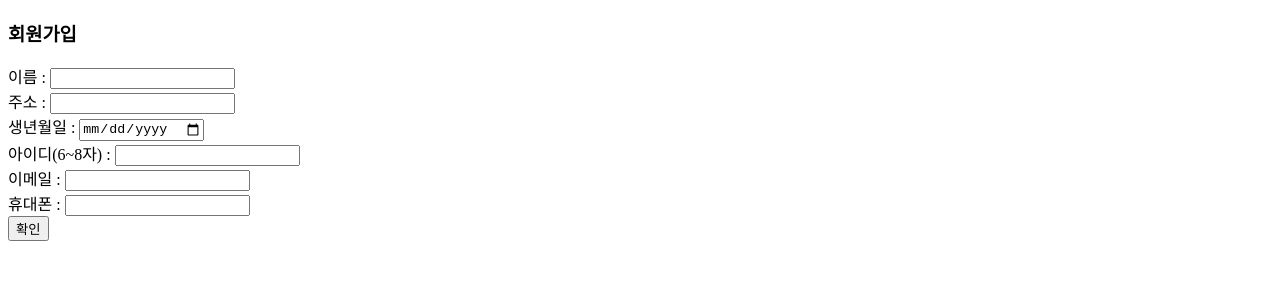
Repository: yujisu01/2021_504_java
Page: javascript_jquery/WebContent/ex_form.html
The author's editor kept a copy of each file at every save. The page is drawn from the files as they stood at one save, then again after the next save.
The browser window is 1280 px wide. The pictures show the whole page.

Above is the page before, as saved 2021-04-14 06:15:54.

After the next save:
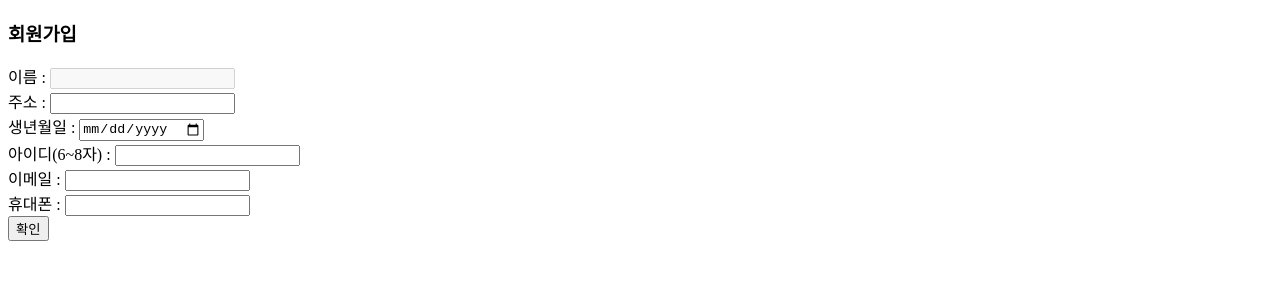
Saved 4 min 52 s later.
--- a/javascript_jquery/WebContent/ex_form.html
+++ b/javascript_jquery/WebContent/ex_form.html
@@ -34,7 +34,7 @@
 <body>
 	<h3>회원가입</h3>
 	<form action="ex07.html" name="register" onsubmit="return registerCheck();">
-		이름 : <input type="text" id="irum" name="irum"><br>
+		이름 : <input type="text" id="irum" name="irum" disabled="disabled"><br>
 		주소 : <input type="text" id="addr" name="addr"><br>
 		생년월일 : <input type="date" id="birth" name="birth"><br>
 		아이디(6~8자) : <input type="text" id="userid" name="userid"><br>

After the save that followed:
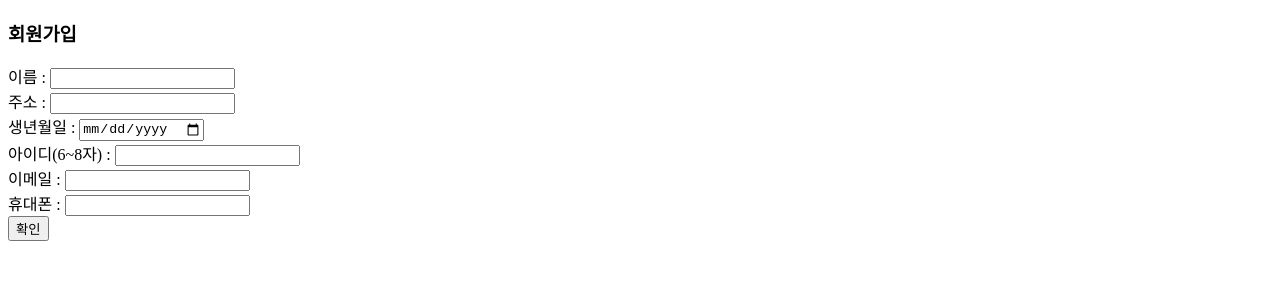
Saved 3 min 3 s later.
--- a/javascript_jquery/WebContent/ex_form.html
+++ b/javascript_jquery/WebContent/ex_form.html
@@ -34,12 +34,12 @@
 <body>
 	<h3>회원가입</h3>
 	<form action="ex07.html" name="register" onsubmit="return registerCheck();">
-		이름 : <input type="text" id="irum" name="irum" disabled="disabled"><br>
+		이름 : <input type="text" id="irum" name="irum"><br>
 		주소 : <input type="text" id="addr" name="addr"><br>
 		생년월일 : <input type="date" id="birth" name="birth"><br>
 		아이디(6~8자) : <input type="text" id="userid" name="userid"><br>
 		이메일 : <input type="email" id="email" name="email"><br>
-		휴대폰 : <input type="tel" id="phone" name="phone"><br>
+		휴대폰 : <input type="tel" id="phone" name="phone" readonly style = "background"><br>
 		<input type="submit" value="확인">
 
 	</form>
